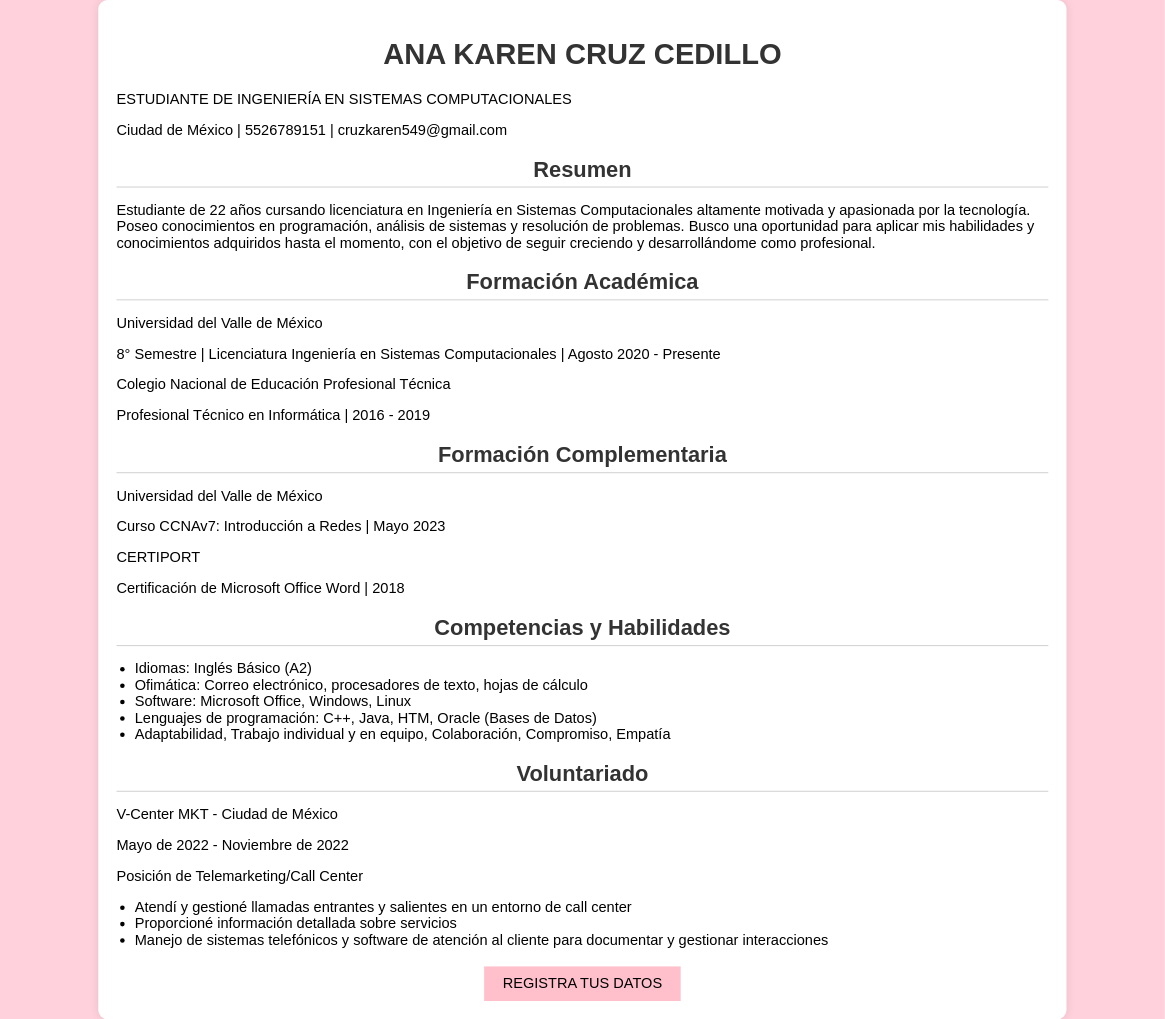
Repository: UVMCoyoacan/InnovaWeb
Page: indexcvkaren.html
These files come from the project's save history. The page is drawn as it stood at one moment and after the next save; the edit follows.
The browser window is 1280 px wide. The pictures show the whole page, at 91% of full size.

Above is the page before, as saved 2024-03-01 13:13:26.

After the next save:
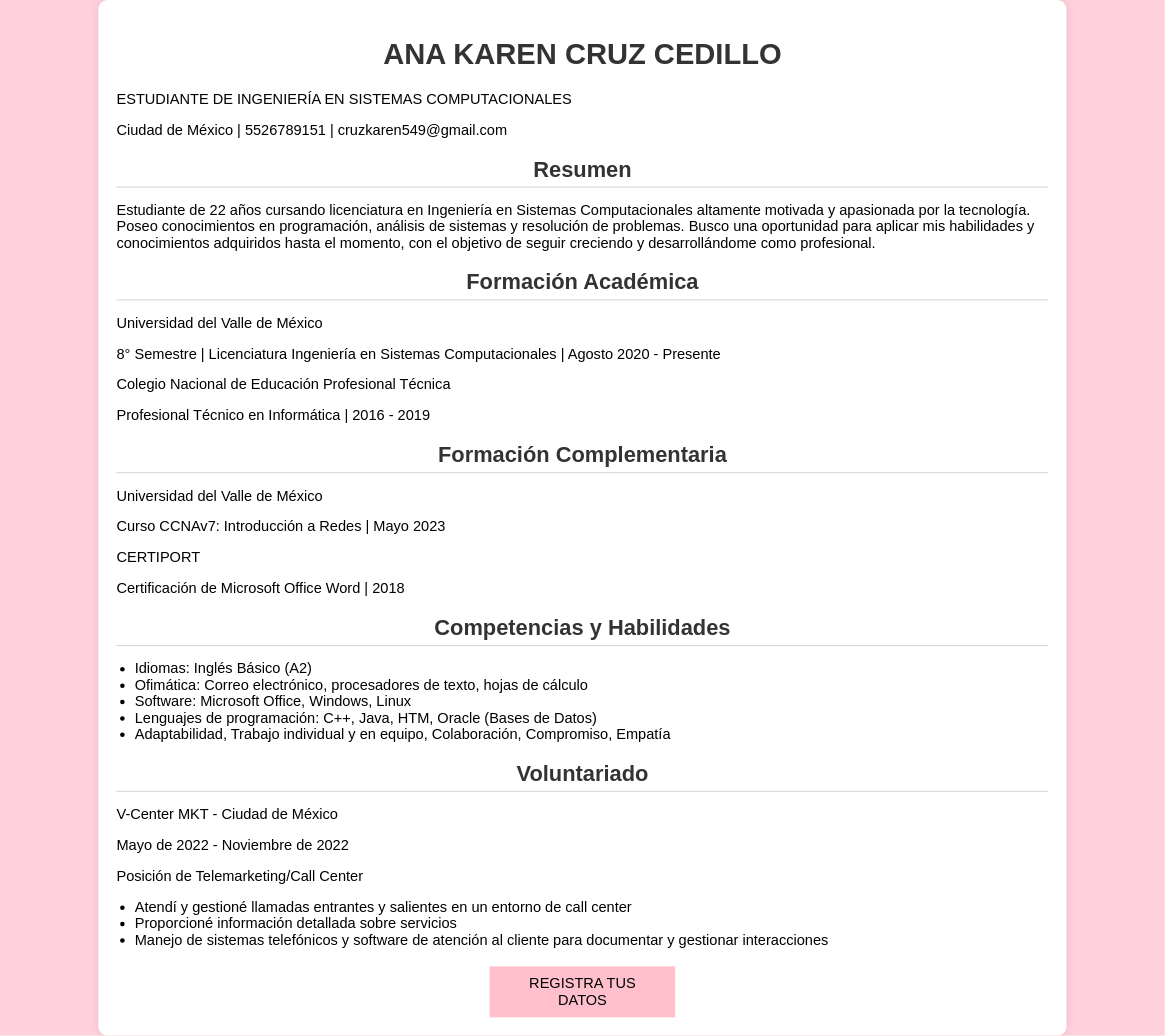
Saved 12 min 9 s later.
--- a/indexcvkaren.html
+++ b/indexcvkaren.html
@@ -66,6 +66,8 @@
                     padding: 10px 20px;
                     font-size: 16px;
                     cursor: pointer;
+                    width: 20%;
+                    height: 20%;
                 }
         </style>
 

After the save that followed:
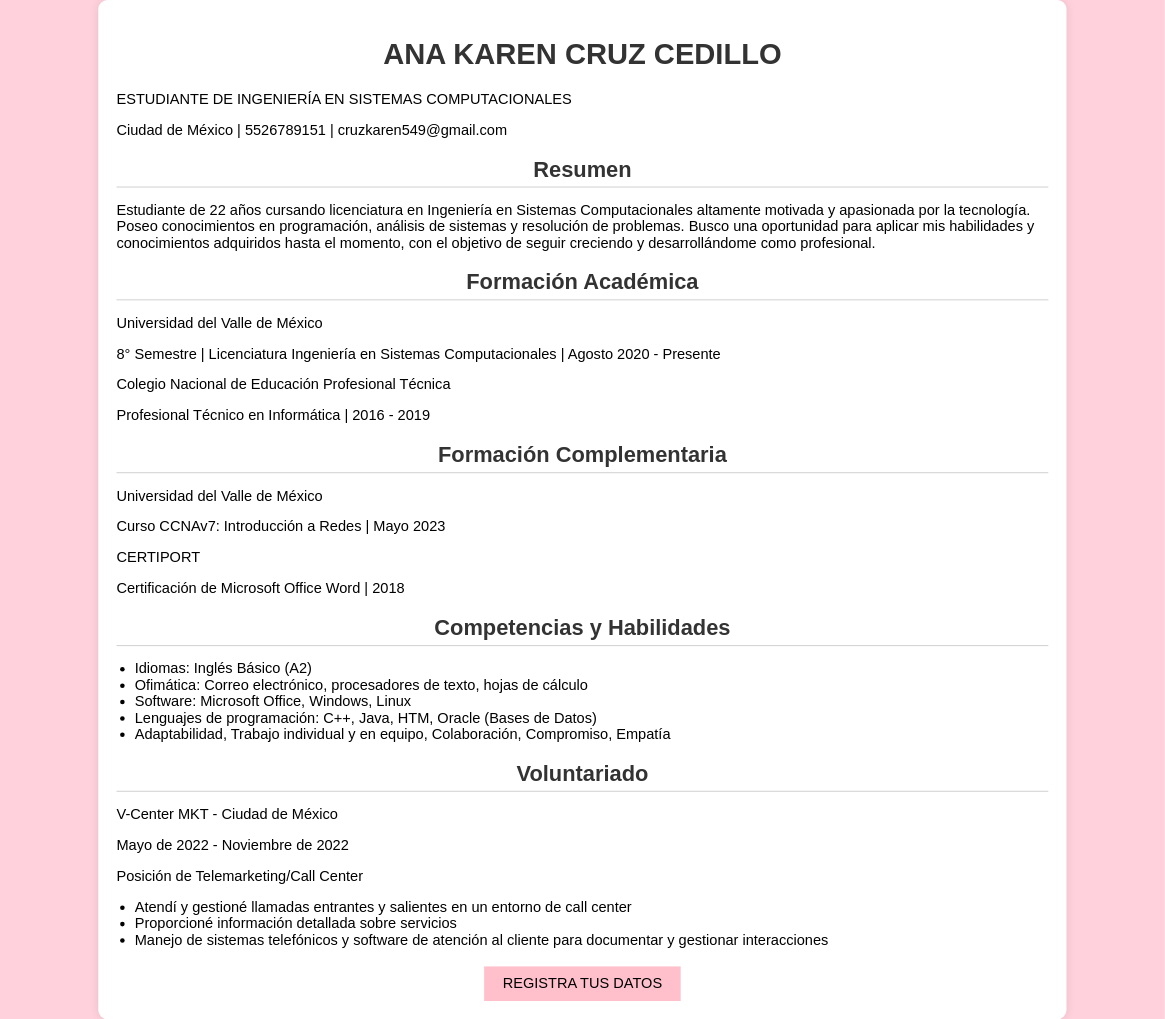
Saved 19 s later.
--- a/indexcvkaren.html
+++ b/indexcvkaren.html
@@ -66,8 +66,6 @@
                     padding: 10px 20px;
                     font-size: 16px;
                     cursor: pointer;
-                    width: 20%;
-                    height: 20%;
                 }
         </style>
 
